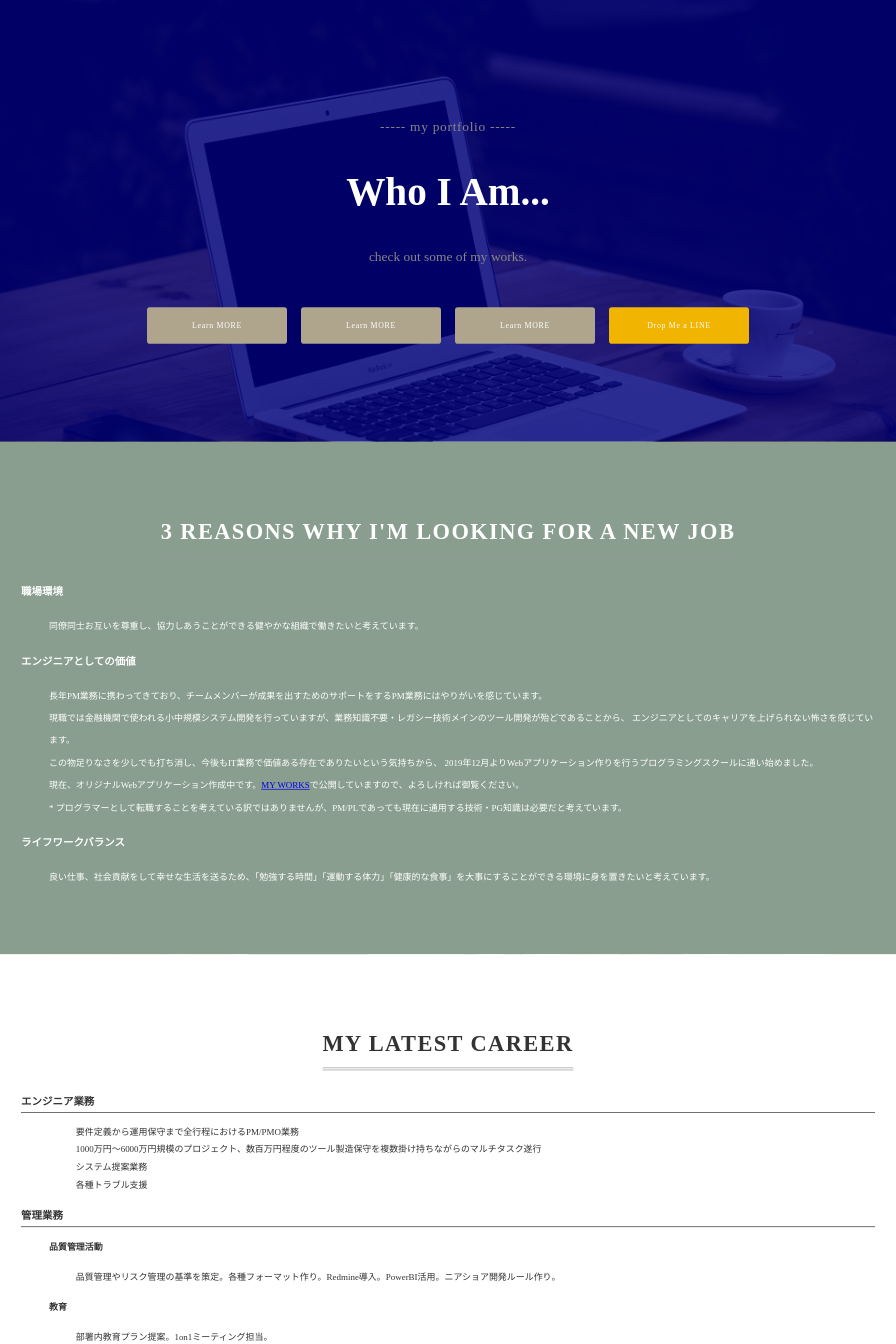
Repository: dackelteckel/myworks
Page: http://localhost/
The author's editor kept a record of every edit. The page is drawn from the files as they stood at one moment, then again after the next edit.
The browser window is 1280 px wide. The pictures show the part of the page from y = 0 to 1920 px (the page is 3103 px tall before and 3128 px after), at 70% of full size.
Backgrounds fixed to the window are drawn as part of the page. The page is run by PHP 8.4 with error messages shown; the project is at /var/www/html/.

Above is the page before.

After the next edit:
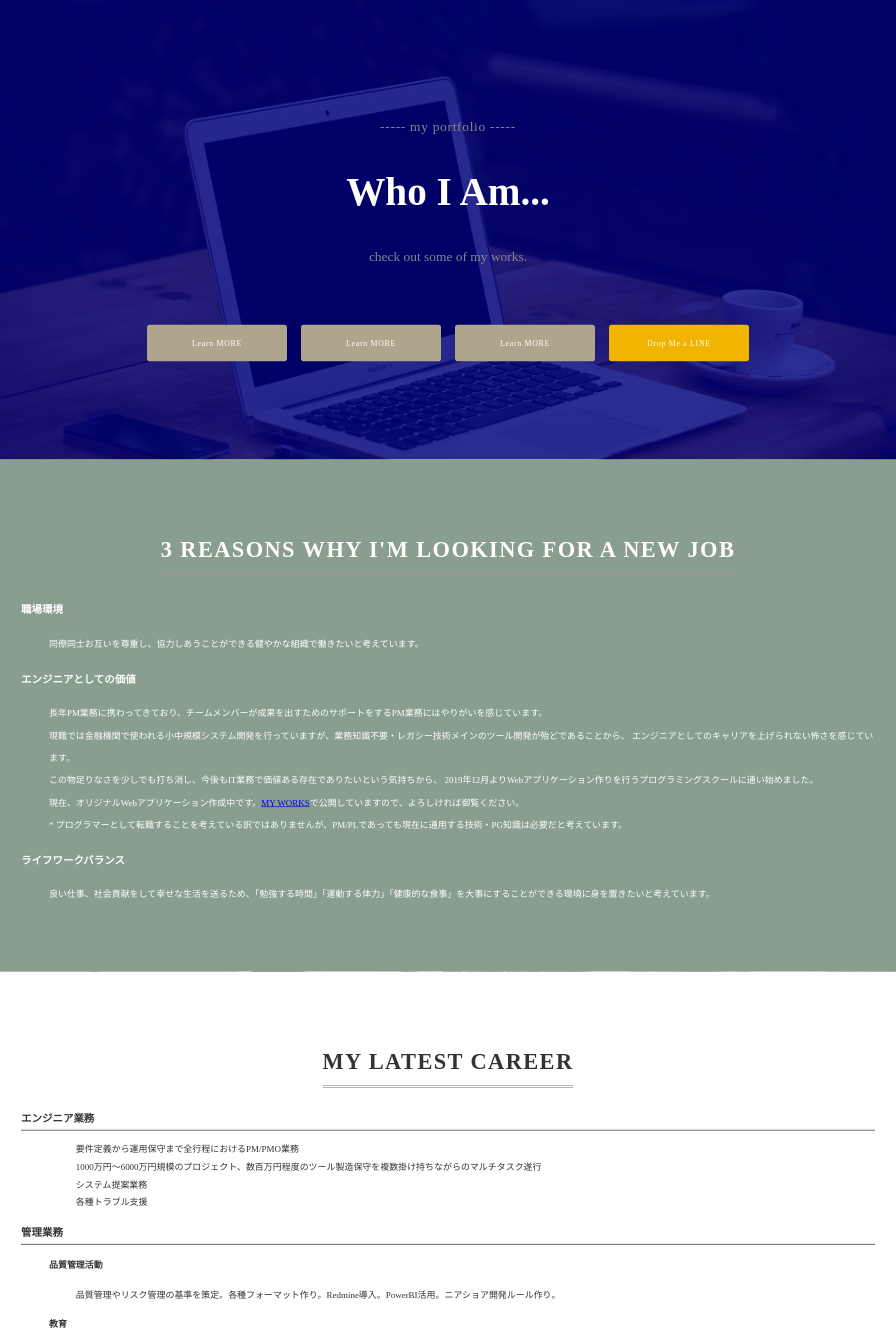
The edit:
--- a/style.css
+++ b/style.css
@@ -30,7 +30,7 @@
 }
 
 .site-description {
-  margin-bottom: 50px;
+  margin-bottom: 75px;
   color: #888;
   font-size: 1.2rem;
 }
